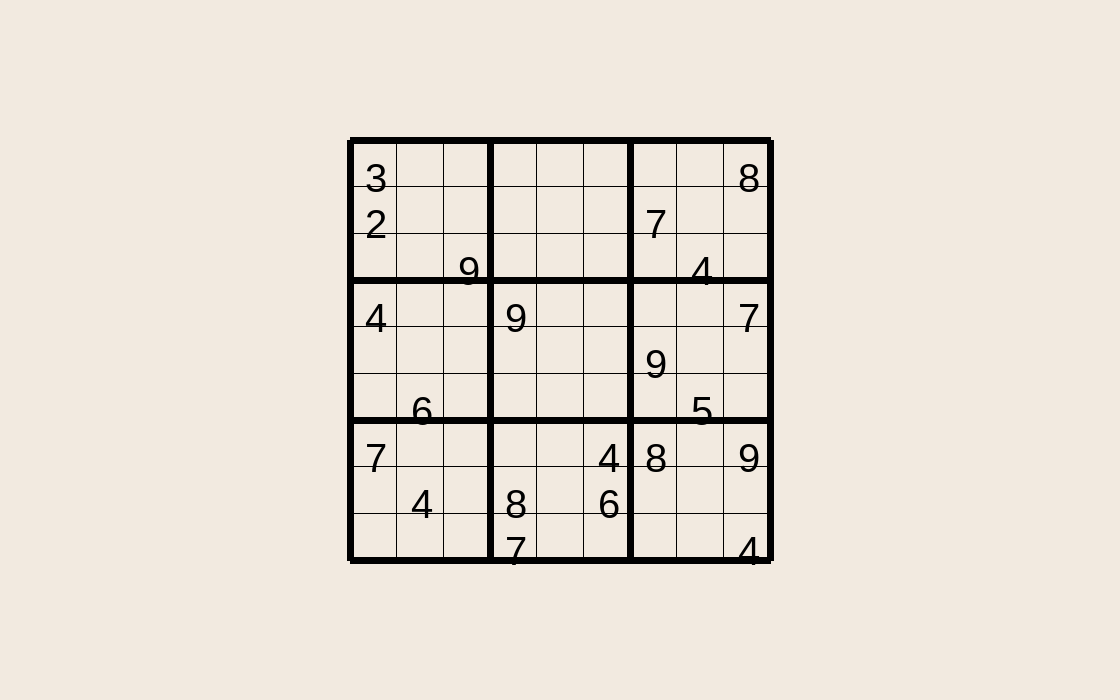
Repository: JensVL96/Puzzle-solver-for-fun
Script's output: python sudoku.py
These files come from the project's save history. The script's output is drawn as it stood at one moment and after the next save; the edit follows.
The window is shown after at most 60 frames with no key pressed. A system font it names is replaced by a similar one. Random numbers start from a fixed seed.

Above is the script's output before, as saved 2020-11-01 14:55:08.

### sudoku.py
# -*- coding: utf-8 -*-
from __future__ import print_function
from config import *
from create_board import *
from solve_bloard import *
from display_board import *

from string import *
import pygame as pg
import numpy as np

# For error highlighting
def set_highlight(row, col, blk, lock):
    global input_lock
    input_lock = lock
    global row_index
    row_index = row
    global col_index
    col_index = blk
    global blk_index
    blk_index = col

def get_cord(pos):
    global box_index_x
    box_index_x = (pos[0] - TOP_LX)//BLOCK_SIZE
    global box_index_y
    box_index_y = (pos[1] - TOP_LY)//BLOCK_SIZE


def valid(grid, x, y, val, increase):
    input_lock = 0
    row = col = blk = (0, 0)

    for index in range(9):
        # Check if value in column
        if grid[x][index] == val:
            col = (x, index)
            input_lock = 1

        # Check if value in row
        if grid[index][y] == val:
            row = (index, y)
            input_lock = 1

    # Finds the block
    index_x = x // 3 # integer division
    index_y = y // 3

    # Check if value in block
    for i in range(index_x * 3, index_x * 3 + 3):
        for j in range (index_y * 3, index_y * 3 + 3):
            if grid[i][j] == val:
                blk = (i, j)
                input_lock = 1

    if input_lock == 1:
        set_highlight(row, col, blk, input_lock)
        return False

    return True

class Main():
    def __init__(self):
        self.board = []
        self.run()

    def run(self):
        pg.init()
        self.screen = pg.display.set_mode(SCREEN_RES)
        pg.display.set_caption('Sudoku solver')

        display = Display_board(self.screen)

        flag1 = 0
        val = 0
        pos = (0, 0)

        input_lock = 0
        get_cord((0, 0))
        set_highlight((0, 0), (0, 0), (0, 0), input_lock)

        board = create_board().board

        while 1:
            for event in pg.event.get():
                if event.type == pg.QUIT or (event.type == pg.KEYDOWN and event.key == pg.K_ESCAPE):
                    exit()
                if event.type == pg.MOUSEBUTTONDOWN:
                    flag1 = 1
                    pos = pg.mouse.get_pos()
                    get_cord(pos)
                if event.type == pg.KEYDOWN and input_lock != 1:
                    if event.key == pg.K_1:
                        val = 1
                    if event.key == pg.K_2:
                        val = 2
                    if event.key == pg.K_3:
                        val = 3
                    if event.key == pg.K_4:
                        val = 4
                    if event.key == pg.K_5:
                        val = 5
                    if event.key == pg.K_6:
                        val = 6
                    if event.key == pg.K_7:
                        val = 7
                    if event.key == pg.K_8:
                        val = 8
                    if event.key == pg.K_9:
                        val = 9
                elif event.type == pg.KEYDOWN and input_lock == 1:
                    if event.key == pg.K_BACKSPACE:
                        val = 0
                        set_highlight((0, 0), (0, 0), (0, 0), 0)

            if val != 0:
                display.draw_val(val, box_index_x, box_index_y)

                if valid(board, int(box_index_x), int(box_index_y), val, display):
                    board[int(box_index_x)][int(box_index_y)] = val
                else:
                    board[int(box_index_x)][int(box_index_y)] = 0
                val = 0

            pg.draw.rect(self.screen, BLACK, (0, 0, self.screen.get_width(), self.screen.get_height()))
            self.screen.fill(BEIGE)

            display.draw(board)
            #display.glow(box_index_x, box_index_y)
            # print(box_index_x, box_index_y)

            if input_lock == 1:
                display.update(board, row_index, col_index, blk_index)

            # display.draw_box()

            pg.display.update()


        self.solution = solve_board(board)

        self.solution.assign_flags(board)

if __name__ == '__main__':
    Main()

### config.py


#   Screen info
SCREEN_HEIGHT = 700
SCREEN_WIDTH = int(SCREEN_HEIGHT * 1.6)
SCREEN_RES = (SCREEN_WIDTH, SCREEN_HEIGHT)

#   Colours
BLACK = (0,0,0)
GREY = (50,50,50)
GREEN = (0,255,0)
WHITE = (255,255,255)
BEIGE = (242,234,224)

# Box info
BORDER_SIZE = 420
BLOCK_SIZE = BORDER_SIZE / 9
# Corner coordinates
TOP_LX = (SCREEN_WIDTH / 2) - (BORDER_SIZE / 2)
TOP_LY = (SCREEN_HEIGHT / 2) - (BORDER_SIZE / 2)
TOP_RX = (SCREEN_WIDTH / 2) + (BORDER_SIZE / 2)
TOP_RY = (SCREEN_HEIGHT / 2) - (BORDER_SIZE / 2)
BOT_LX = (SCREEN_WIDTH / 2) - (BORDER_SIZE / 2)
BOT_LY = (SCREEN_HEIGHT / 2) + (BORDER_SIZE / 2)
BOT_RY = (SCREEN_WIDTH / 2) + (BORDER_SIZE / 2)
BOT_RY = (SCREEN_HEIGHT / 2) + (BORDER_SIZE / 2)

# Numbers
NUMBER_SIZE = 40
BOLD = 50

### create_board.py
from random import sample

class create_board():
    def __init__(self):
        self.base  = 3  # Will generate any size of random sudoku board in O(n^2) time
        self.side  = self.base * self.base
        self.nums  = sample(range(1, self.side + 1), self.side) # random numbers
        self.board = [[self.nums[(self.base * (r%self.base) + r//self.base + c)%self.side] for c in range(self.side) ] for r in range(self.side)]
        rows  = [ r for g in sample(range(self.base),self.base) for r in sample(range(g * self.base,(g + 1) * self.base), self.base) ]
        cols  = [ c for g in sample(range(self.base),self.base) for c in sample(range(g * self.base,(g + 1) * self.base), self.base) ]
        self.board = [[self.board[r][c] for c in cols] for r in rows]

        # print("\nInput:")
        # for line in self.board: print(line)

        squares = self.side * self.side
        empties = squares * 3//4
        for p in sample(range(squares),empties):
            self.board[p//self.side][p%self.side] = 0

        self.lines()

    def expandLine(self, line):
        return line[0]+line[5:9].join([line[1:5]*(self.base-1)]*self.base)+line[9:13]

    def lines(self):
        self.line0  = self.expandLine("╔═══╤═══╦═══╗")
        self.line1  = self.expandLine("║ . │ . ║ . ║")
        self.line2  = self.expandLine("╟───┼───╫───╢")
        self.line3  = self.expandLine("╠═══╪═══╬═══╣")
        self.line4  = self.expandLine("╚═══╧═══╩═══╝")

        self.draw()

    def draw(self):
        symbol = " 1234567890ABCDEFGHIJKLMNOPQRSTUVWXYZ"
        self.nums   = [ [""]+[symbol[n] for n in row] for row in self.board ]
        print(self.line0)
        for r in range(1,self.side+1):
            print( "".join(n+s for n,s in zip(self.nums[r-1],self.line1.split("."))) )
            print([self.line2,self.line3,self.line4][(r%self.side==0)+(r%self.base==0)])

### solve_bloard.py
class solve_board():
    def __init__(self, board):
        self.row = []
        self.col = []
        self.cell = []
        self.row_list = []
        self.col_list = []
        self.cell_list = []

        for space in range(9):
            self.col.append([])
            self.cell.append([])

        row_idx = 0
        for line in board:

            self.row.append(line)

            cell_idx = 0
            if row_idx >= 3:
                cell_idx = 3
            if row_idx >= 6:
                cell_idx = 6


            for col_idx in range(9):

                self.col[col_idx].insert(row_idx, line[col_idx])

                if col_idx % 3 == 0:
                    for triple in range(0, 3):
                        self.cell[cell_idx].insert(len(self.cell[row_idx]) + triple, line[col_idx + triple])
                    cell_idx += 1

            self.row_list.append(self.row)
            self.col_list.append(self.col)
            self.cell_list.append(self.cell)
            row_idx += 1

        print("\nrow:")
        for row in self.row_list[0]:
            print(row)
        # print("\ncolumn:")
        # for col in self.col_list[0]:
        #     print(col)
        # print("\ncell:")
        # for cell in self.cell_list[0]:
        #     print(cell)

    def assign_flags(self, board):
        self.flags = []
        row_idx = 0
        cell_idx = 0

        print("\n")
        for line in board:
            cell_idx = 0
            if row_idx >= 3:
                cell_idx = 3
            if row_idx >= 6:
                cell_idx = 6

            for index in range(9):
                # print("position: ", index, "value: ", line[index])

                # print("row", row_idx, "col", index, "cell", cell_idx)
                if (index % 3 == 0 and index != 0):
                    cell_idx += 1

                if line[index] == 0:
                    flag_idx = 0
                    temp_flag = []
                    for value in range(1, 10):
                        # print(value)
                        if self.row_flag(value, row_idx):
                            # print("found in row")
                            pass
                        elif self.col_flag(value, index):
                            # print("found in column")
                            pass
                        elif self.cell_flag(value, cell_idx):
                            # print("found in cell")
                            pass
                        else:
                            temp_flag.append(value)
                            flag_idx += 1
                    print(temp_flag)
                    self.flags.append(temp_flag)
            row_idx += 1

    def check_row(self):
        pass

    def column(self, x):
        pass

    def cell(self, row, col):
        pass

    def row_flag(self, index, row_idx):
        for row in self.row_list[0][row_idx]:
            # print("comparing in row ", row, "with ", index, "row_idx ", row_idx)
            if row == index:
                return 1
        return 0

    def col_flag(self, index, col_idx):
        for col in self.col_list[0][col_idx]:
            # print("comparing in column ", col, "with ", index, "col_idx ", col_idx)
            if col == index:
                return 1
        return 0

    def cell_flag(self, index, cell_idx):
        for cell in self.cell_list[0][cell_idx]:
            # print("comparing in cell ", cell, "with ", index, "cell_idx ", cell_idx)
            if cell == index:
                return 1
        return 0

### display_board.py
from config import *
import pygame as pg

class Display_board():
    def __init__(self, screen):
        self.screen = screen
        self.font_num = pg.font.SysFont("comicsans", NUMBER_SIZE)

    def draw_val(self, val, x, y):
        text1 = self.font_num.render(str(val), 1, BLACK)
        self.screen.blit(text1, (x * BLOCK_SIZE + 15, y * BLOCK_SIZE + 15))

    def on_mouse_press(self, x, y, symbol, modifier):
        pass

    def draw(self, grid):
        for i in range (9):
            for j in range (9):
                if grid[i][j] != 0:

                    text1 = self.font_num.render(str(grid[i][j]), 1, BLACK)
                    self.screen.blit(text1, (TOP_LX + i * BLOCK_SIZE + 15, TOP_LY + j * BLOCK_SIZE + 15))

        for i in range(10):
            if i %3 == 0:
                thick = 7
            else:
                thick = 1
            pg.draw.line(self.screen, BLACK, (TOP_LX,
                                            TOP_LY + i * BLOCK_SIZE),
                                            (TOP_RX,
                                            TOP_RY + i * BLOCK_SIZE), thick)
            pg.draw.line(self.screen, BLACK, (TOP_LX + i * BLOCK_SIZE,
                                            TOP_LY),
                                            (BOT_LX + i * BLOCK_SIZE,
                                            BOT_LY), thick)

    def update(self, grid, row, col, blk):
        font_val = pg.font.SysFont("comicsans", BOLD)

        if row != (0, 0):
            # Remove old number
            text1 = self.font_num.render(str(grid[row[0]][row[1]]), 1, WHITE)
            self.screen.blit(text1, (TOP_LX + row[0] * BLOCK_SIZE + 15, TOP_LY + row[1] * BLOCK_SIZE + 15))

            # Rewrite in bigger font
            text1 = font_val.render(str(grid[row[0]][row[1]]), 1, BLACK)
            self.screen.blit(text1, (TOP_LX + row[0] * BLOCK_SIZE + 14, TOP_LY + row[1] * BLOCK_SIZE + 10))

        if col != (0, 0):
            # Remove old number
            text1 = self.font_num.render(str(grid[col[0]][col[1]]), 1, WHITE)
            self.screen.blit(text1, (TOP_LX + col[0] * BLOCK_SIZE + 15, TOP_LY + col[1] * BLOCK_SIZE + 15))

            # Rewrite in bigger font
            text1 = font_val.render(str(grid[col[0]][col[1]]), 1, BLACK)
            self.screen.blit(text1, (TOP_LX + col[0] * BLOCK_SIZE + 14, TOP_LY + col[1] * BLOCK_SIZE + 10))

        if blk != (0, 0):
            # Remove old number
            text1 = self.font_num.render(str(grid[blk[0]][blk[1]]), 1, WHITE)
            self.screen.blit(text1, (TOP_LX + blk[0] * BLOCK_SIZE + 15, TOP_LY + blk[1] * BLOCK_SIZE + 15))

            # Rewrite in bigger font
            text1 = font_val.render(str(grid[blk[0]][blk[1]]), 1, BLACK)
            self.screen.blit(text1, (TOP_LX + blk[0] * BLOCK_SIZE + 14, TOP_LY + blk[1] * BLOCK_SIZE + 10))

    def glow(self, x, y):
        # Only applies glow when a cell is selected
        if x == -1 and y == -1:
            return

        end_pos_x = BLOCK_SIZE
        end_pos_y = BLOCK_SIZE

        # Adjustment in size if bordering a thick line
        if x % 3 == 0:  # If thick line on the left
            start_pos_x = TOP_LX + x * BLOCK_SIZE + 4
            end_pos_x = BLOCK_SIZE - 4
        else:
            start_pos_x = TOP_LX + x * BLOCK_SIZE + 1

        if (x + 1) % 3 == 0:    # If thick line on the right
            end_pos_x = BLOCK_SIZE - 3.5

        if y % 3 == 0:  # If thick line on the top
            start_pos_y = TOP_LY + y * BLOCK_SIZE + 4
            end_pos_y = BLOCK_SIZE - 4
        else:
            start_pos_y = TOP_LY + y * BLOCK_SIZE + 1

        if (y + 1) % 3 == 0:    # If thick line on the bottom
            end_pos_y = BLOCK_SIZE - 3.5

        pg.draw.rect(self.screen, GREEN, (start_pos_x, start_pos_y, end_pos_x, end_pos_y))

After the next save:
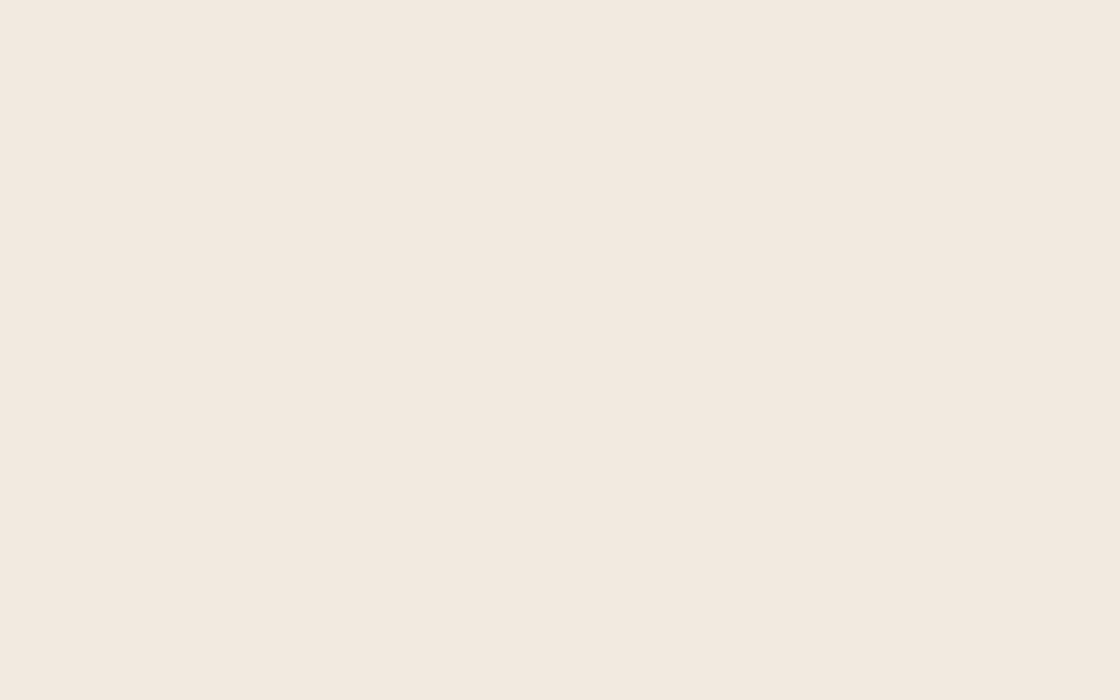
Saved 85 s later.
--- a/sudoku.py
+++ b/sudoku.py
@@ -113,6 +113,7 @@
                         val = 0
                         set_highlight((0, 0), (0, 0), (0, 0), 0)
 
+            display.draw(board)
             if val != 0:
                 display.draw_val(val, box_index_x, box_index_y)
 
@@ -125,7 +126,6 @@
             pg.draw.rect(self.screen, BLACK, (0, 0, self.screen.get_width(), self.screen.get_height()))
             self.screen.fill(BEIGE)
 
-            display.draw(board)
             #display.glow(box_index_x, box_index_y)
             # print(box_index_x, box_index_y)
 

After the save that followed:
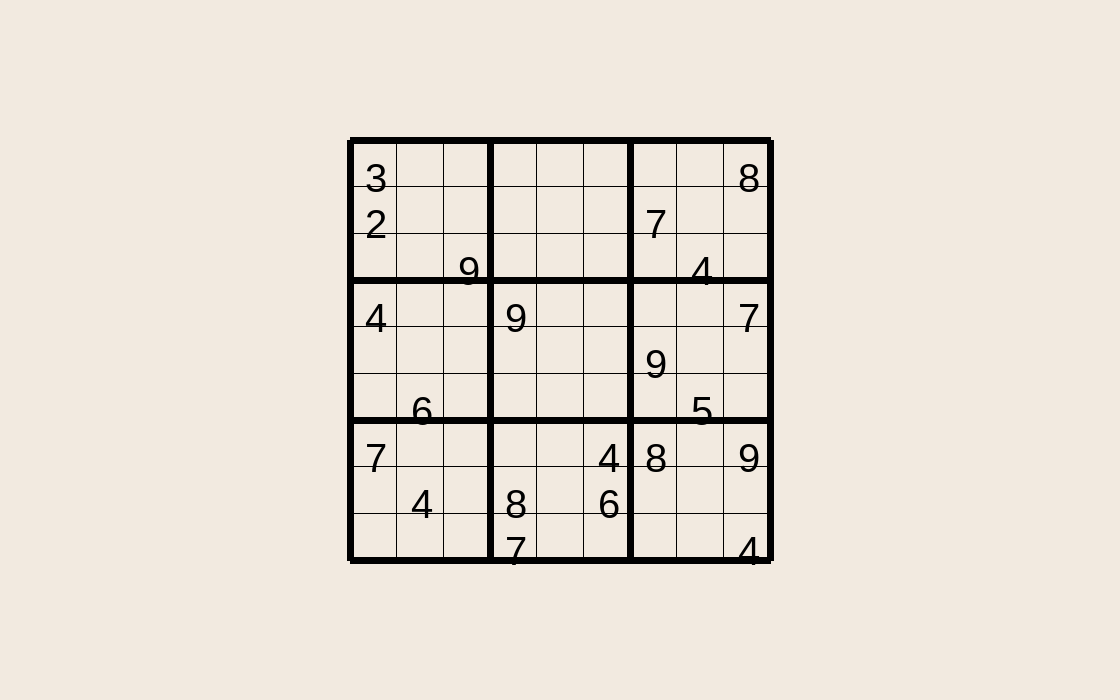
Saved 9 s later.
--- a/sudoku.py
+++ b/sudoku.py
@@ -113,7 +113,6 @@
                         val = 0
                         set_highlight((0, 0), (0, 0), (0, 0), 0)
 
-            display.draw(board)
             if val != 0:
                 display.draw_val(val, box_index_x, box_index_y)
 
@@ -126,6 +125,7 @@
             pg.draw.rect(self.screen, BLACK, (0, 0, self.screen.get_width(), self.screen.get_height()))
             self.screen.fill(BEIGE)
 
+            display.draw(board)
             #display.glow(box_index_x, box_index_y)
             # print(box_index_x, box_index_y)
 
